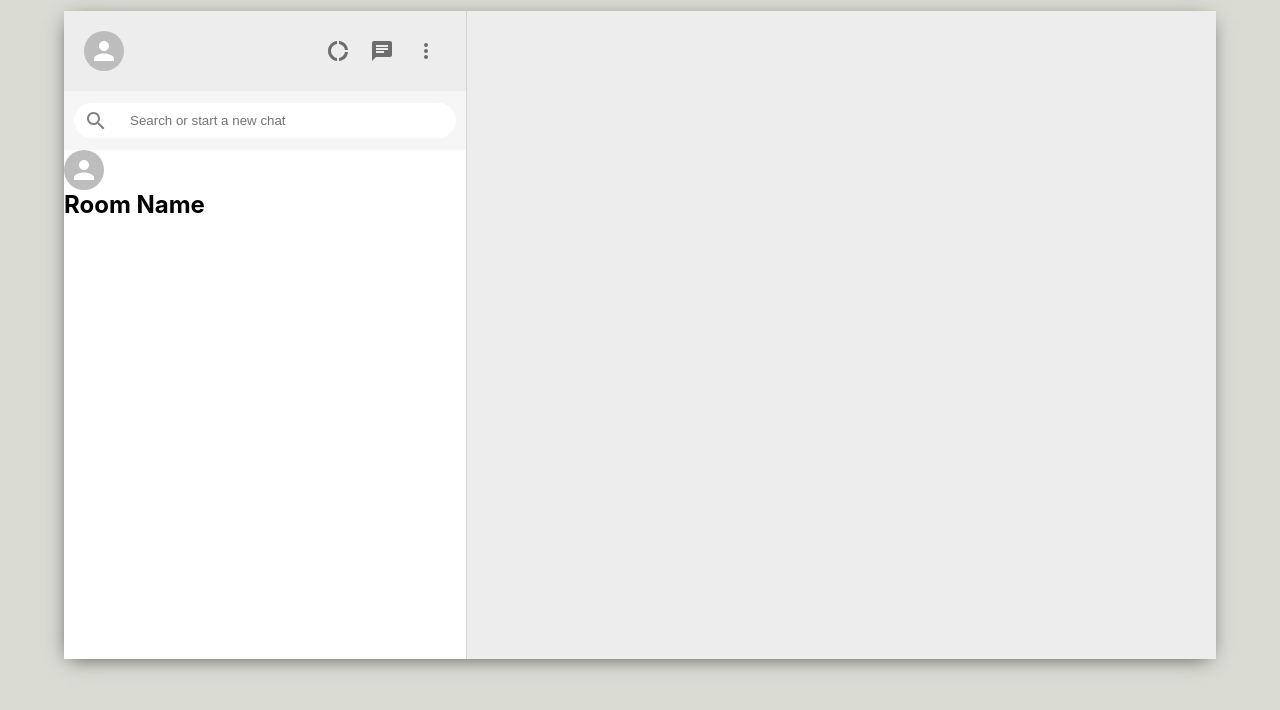
Repository: Aaronlb912/Whatsapp-clone
Page: /
An editor plug-in stored every save of this project. The page is shown before and after a run of saves, followed by the edit.
The browser window is 1280 px wide. The pictures show the whole page.
The project was rebuilt for these pictures with package versions that can differ from the ones it lists, and the page was loaded fresh each time. Also part of the build but not shown: src/SidebarChat.css.

Above is the page before, as saved 2022-03-15 14:09:57.

After the next 5 saves:
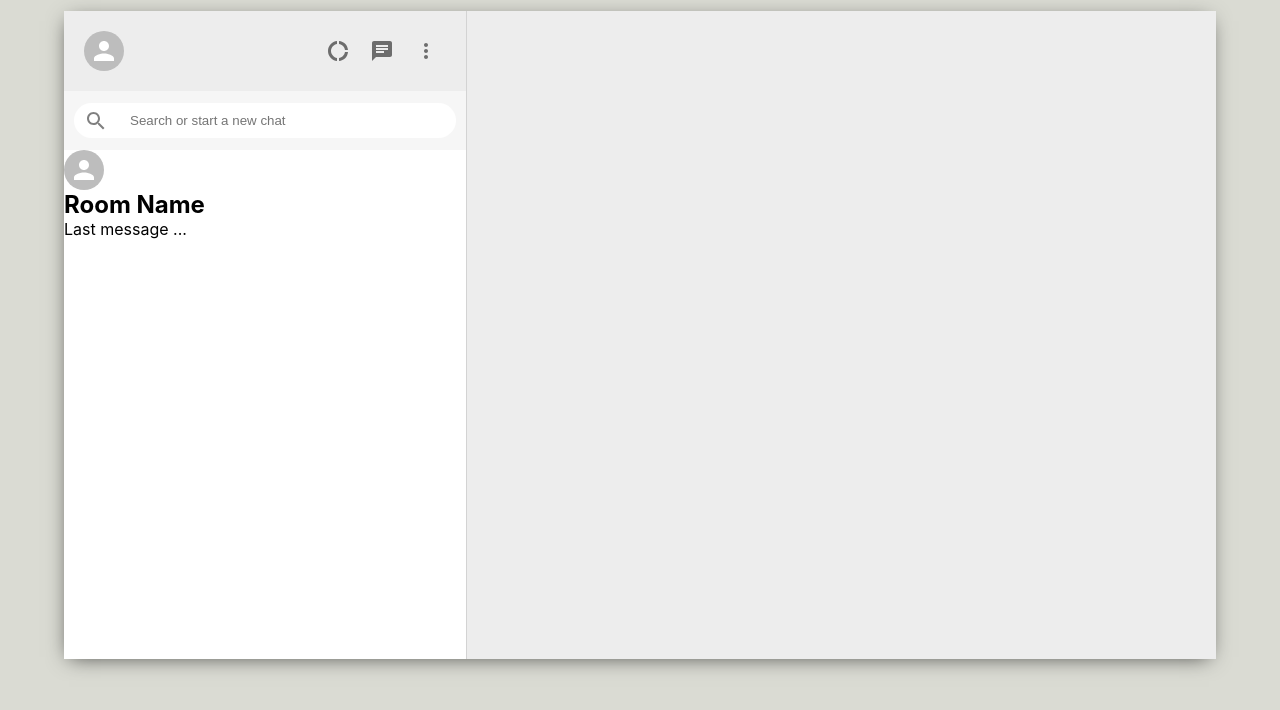
The 5 saves are shown as one change because they came seconds apart.
The last was saved 10 s later.
--- a/src/SidebarChat.jsx
+++ b/src/SidebarChat.jsx
@@ -7,9 +7,8 @@ function SidebarChat() {
     <div className="sidebarChat">
       <Avatar />
       <div className="sidebarChat__info">
-          <h2>
-              Room Name
-          </h2>
+        <h2>Room Name</h2>
+        <p>Last message ...</p>
       </div>
     </div>
   );
